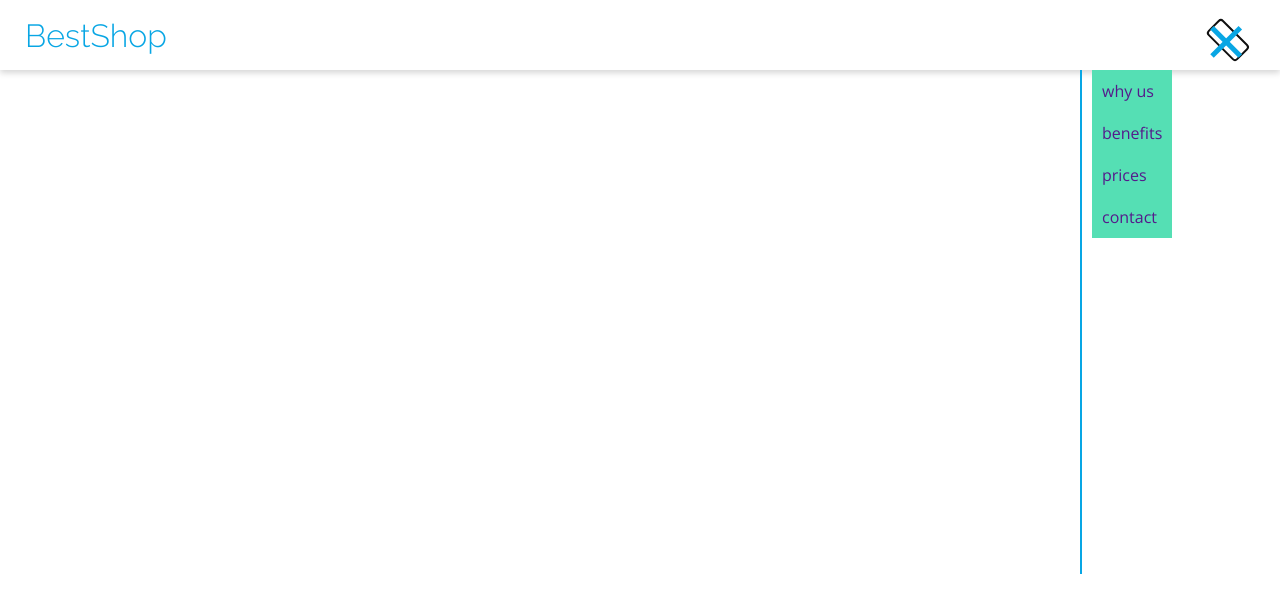
Repository: artwol993/BestShop
Page: index.html
The author's editor kept a copy of each file at every save. The page is drawn from the files as they stood at one save, then again after the next save.
The browser window is 1280 px wide. The pictures show the whole page.
The first visible `.hamburger` has the focus.
The style sheet was rebuilt from its Sass, Less or Tailwind sources for each picture, by a compiler version that may differ from the author's.

Above is the page before, as saved 2020-05-26 23:23:31.

### index.html
<!DOCTYPE html>
<html lang="en">
<head>
    <meta charset="UTF-8">
    <meta name="viewport" content="width=device-width, initial-scale=1.0">
    <title>BestShop[artwol993]</title>
    <link rel="stylesheet" href="css/main.css">
    <style>
        @import url('https://fonts.googleapis.com/css2?family=Open+Sans:wght@400;700&display=swap');
    </style>
    <style>
        @import url('https://fonts.googleapis.com/css2?family=Raleway:wght@300;400;700;800&display=swap');
    </style>
</head>
<body>
    <div class="main--container">
        <header>
            <div class="logo">BestShop</div>
            <nav class="nav">
                <button class="hamburger"></button>
                <div class="side__menu">
                    <ul class="nav__list">
                        <li class="nav__list-item"><a href="" class="nav__link">why us</a></li>
                        <li class="nav__list-item"><a href="" class="nav__link">benefits</a></li>
                        <li class="nav__list-item"><a href="" class="nav__link">prices</a></li>
                        <li class="nav__list-item"><a href="" class="nav__link">contact</a></li>
                    </ul>
                </div>
            </nav>
        </header>

        <!-- <main>
            <div class="welcome">
                <h1>Sell More!</h1>
                <p>Open shop on our platform and incrase your sales</p>
                <button>Open your shop</button>
            </div>
            <div class="stats">
                <h2>The most popular sales platform in country</h2>
                <div class="stats__container">
                    <stats__bin>
                        <div class="stats-circle"></div>
                        <img src="./assets/Person.svg" alt="person-contour">
                        <span>100000+</span>
                        <p></p>
                    </stats__bin>
                    <stats__bin>
                        <div class="stats-circle"></div>
                        <img src="./assets/Eye.svg" alt="person-contour">
                        <span>200000+</span>
                        <p></p>
                    </stats__bin>
                    <stats__bin>
                        <div class="stats-circle"></div>
                        <img src="./assets/Catalog.svg" alt="person-contour">
                        <span>10000+</span>
                        <p></p>
                    </stats__bin>
                </div>
            </div>
            <div class="profits"></div>
            <div class="pricing"></div>
            <div class="formulage"></div>
        </main>


        <footer>
            <div class="logo">BestShop</div>
            <div class="footer-icon"></div>
            <div class="footer-icon"></div>
        </footer>
    </div>
</body>
</html> -->

### scss/main.scss
    $c-primary-first: #08a6e4;
    $c-primary-second: #fb3b64;
    $c-primary-third: #55dfb4;
    $c-black: #000000;
    $c-white: #ffffff;
    $c-background: #f7f7f7;
    $c-details: #a5a5a5;
    $c-shadow: #00000029;
    $f-h: 'Raleway', sans-serif;
    $f-p: 'Open Sans', sans-serif;
    $fw-light: 300;
    $fw-normal: 400;
    $fw-bold: 700;
    $fw-black: 800;

/*reset*/

  * {
      margin: 0;
      padding: 0;
      box-sizing: border-box;
  }

  /* fonts */

  a, p, ul, span {
    font-family: $f-p;
  }

  h1 {
    font-size: 3.063rem;
    font-weight: $fw-normal;
    font-family: $f-h;
    color: $c-black;
  }

  h2 {
    font-size: 2.25rem;
    font-weight: $fw-light;
    margin: 5px 45px;
    font-family: $f-h;
    color: $c-black;
  }

  h3 {
    font-size: 1.25rem;
    font-weight: $fw-bold;
    margin: 5px;
    font-family: $f-h;
    color: $c-black;
  }

  .logo {
    font-size: 2rem;
    font-weight: $fw-light;
    font-family: $f-h;
    color: $c-primary-first;
    text-decoration: none;
    cursor: pointer;
  }

  /*header*/
  header {
      height: 70px;
      display: flex;
      align-items: center;
      justify-content: space-between;
      padding: 0 25px;
      box-shadow: 0px 3px 6px $c-shadow;
  }

  .hamburger {
    width: 40px;
    height: 20px;
    border: 0;
    border-top: 5px solid $c-primary-first;
    background: transparent;
    position: relative;
    transition: 0.3s transform linear;
  }
  .hamburger::before, .hamburger::after {
      content: "";
      position: absolute;
      top: 0;
      left: 0;
      width: 100%;
      border-top: 5px solid $c-primary-first;
      transform: translateY(10px);
  }

  .hamburger::after {
      transform: translateY(25px);
      transition: 0.3s transform linear;
  }

  .hamburger:focus {
      transform: rotate(45deg) translateY(10px);
      border: none;
  }
  .hamburger:focus::after {
      transform: rotate(-90deg) translateX(-10px);
  }

  .side__menu {
    display: flex;
    box-sizing: border-box;
    position: absolute;
    height: 70%;
    width: 200px;
    top: 70px;
    right: -200px;
    padding: 0;
    border-left: 2px solid $c-primary-first;
    transition: 0.3s transform ease-in-out;
  }

  .side__menu ul {
    position: absolute;
    display: flex;
    flex-direction: column;
    box-sizing: border-box;
    height: calc(100% - 70px);
    flex-wrap: wrap;
    margin: 0 10px;
    padding: 0;
    list-style-type: none;
    align-content: flex-start;
  }

  .side-__menu ul li {
    display: flex;
    height: 30px;
    background: $c-primary-second;
    flex-basis: 100%;
    margin-top: 70px;
    color: #696e9e;
    border-radius: 5px;
    overflow: hidden;

  }

  .side__menu ul li a {
    display: flex;
    padding: 10px;
    align-items: center;
    width: 100%;
    height: 100%;
    background: $c-primary-third;
    text-decoration: none;
    box-sizing: border-box;
  }

  .hamburger:focus ~ .side__menu, .side__menu:hover {
    transform: translateX(-200px);
  }

After the next save:
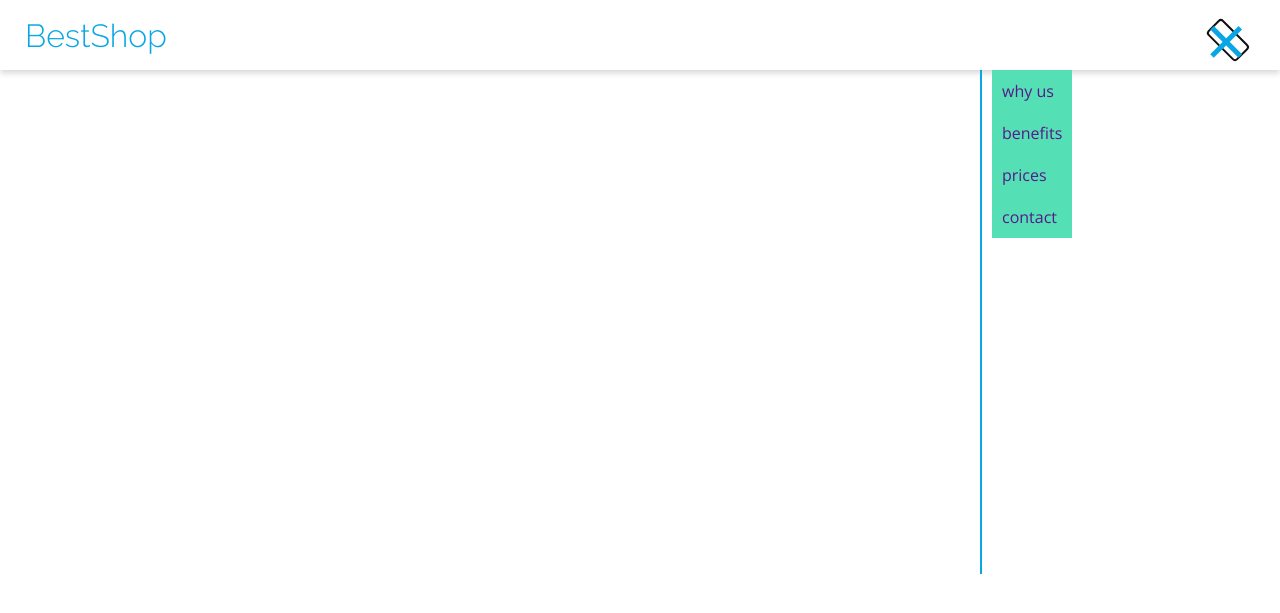
Saved 49 s later.
--- a/scss/main.scss
+++ b/scss/main.scss
@@ -151,5 +151,5 @@
   }
 
   .hamburger:focus ~ .side__menu, .side__menu:hover {
-    transform: translateX(-200px);
+    transform: translateX(-300px);
   }
